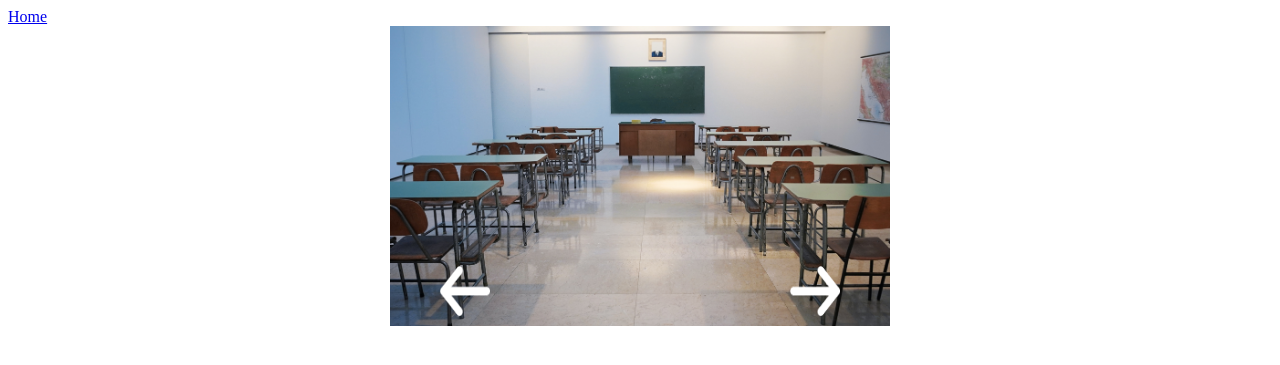
Repository: jjennbui/class8
Page: /carouselPage
These files come from the project's save history. The page is drawn as it stood at one moment and after the next save; the edit follows.
The browser window is 1280 px wide. The pictures show the whole page.
The project was rebuilt for these pictures with package versions that can differ from the ones it lists, and the page was loaded fresh each time. The framework's server and built-in components were replaced by stand-ins that run in the browser. Also part of the build but not shown: next.config.js.

Above is the page before, as saved 2023-02-20 18:27:11.

After the next save:
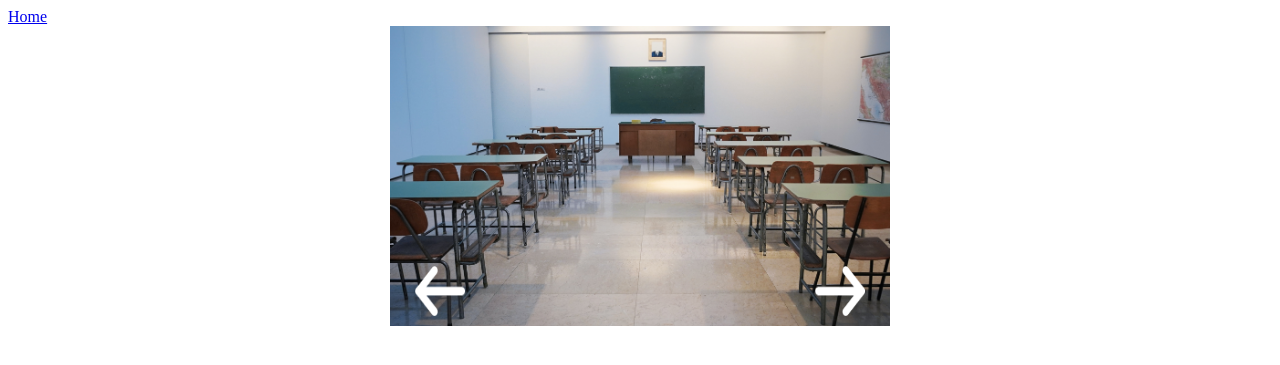
Saved 4 s later.
--- a/components/carousel/carousel.module.css
+++ b/components/carousel/carousel.module.css
@@ -3,7 +3,7 @@
     justify-content: center;
     position: relative;
     top: 240px;
-    gap: 300px;
+    gap: 350px;
 
 }
 
